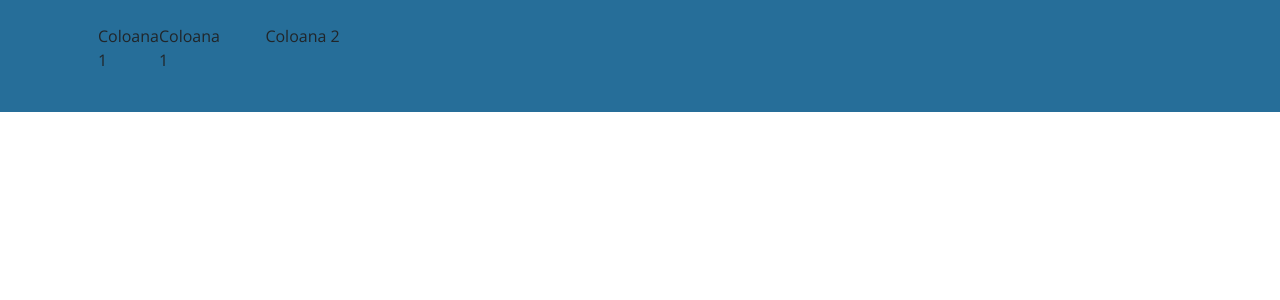
Repository: cosmin05072018/webis-task
Page: index.html
These files come from the project's save history. The page is drawn as it stood at one moment and after the next save; the edit follows.
The browser window is 1280 px wide. The pictures show the whole page.

Above is the page before, as saved 2024-09-26 15:39:38.

After the next save:
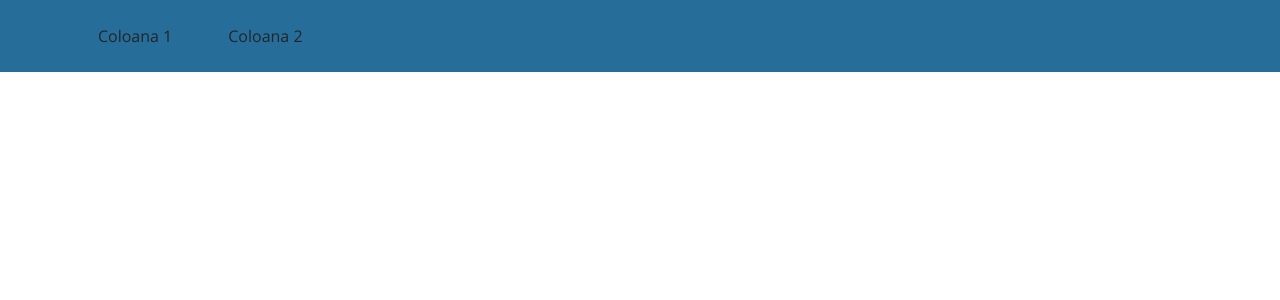
Saved 27 s later.
--- a/index.html
+++ b/index.html
@@ -13,7 +13,7 @@
     <nav class="navbar navbar-expand-lg">
       <div class="row">
         <div class="col-12 col-md-6">
-            <div class="p-3 d-flex"><p>Coloana 1</p><p>Coloana 1</p></div>
+            <div class="p-3">Coloana 1</div>
         </div>
         <div class="col-12 col-md-6">
             <div class="p-3">Coloana 2</div>
